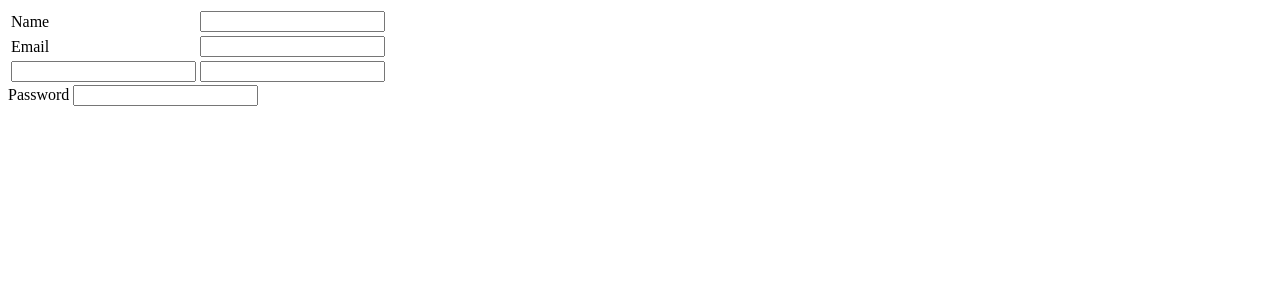
Repository: obusakthi539/Loginform
Page: Login.html
The author's editor kept a copy of each file at every save. The page is drawn from the files as they stood at one save, then again after the next save.
The browser window is 1280 px wide. The pictures show the whole page.

Above is the page before, as saved 2025-01-10 17:30:54.

After the next save:
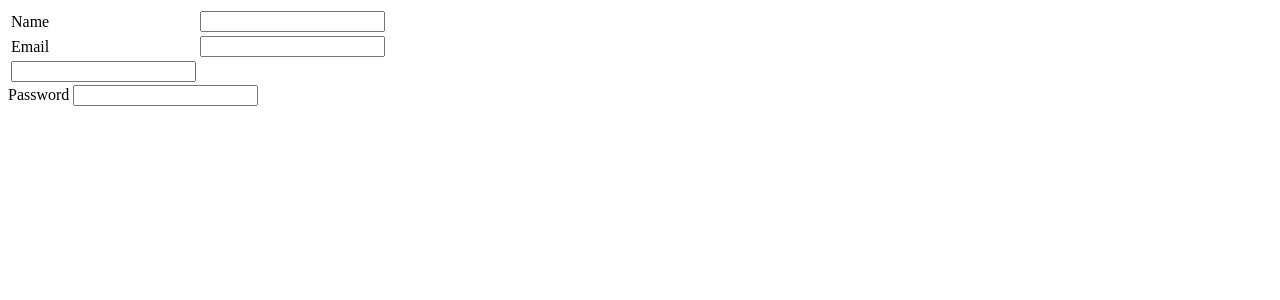
Saved 11 s later.
--- a/Login.html
+++ b/Login.html
@@ -18,7 +18,7 @@
                 <td><input type="text"></td>
             </tr>
             <tr>
-                <td><input type="text"></td>
+                <td</td>
                 <td><input type="text"></td>
             </tr>
         </table>
